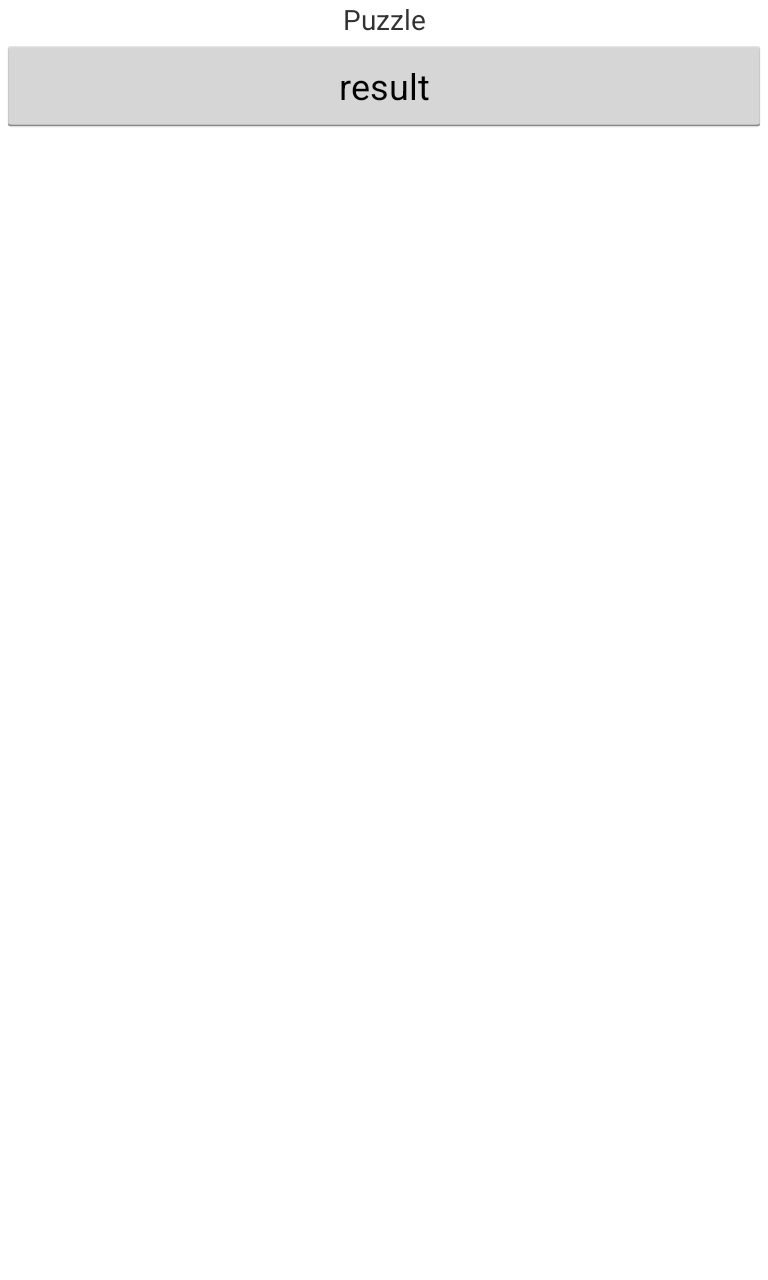
Repository: founderzhl/MarsAndroid
Layout: S01_E12_HW/res/layout/activity_main.xml
An editor plug-in stored every save of this project. The layout is shown before and after the next save, followed by the edit.
It is drawn on a 768 x 1280 px phone screen (xhdpi) without system bars, with theme AppTheme; the app's code is not run.

Above is the layout before, as saved 2015-01-21 15:43:51.

After the next save:
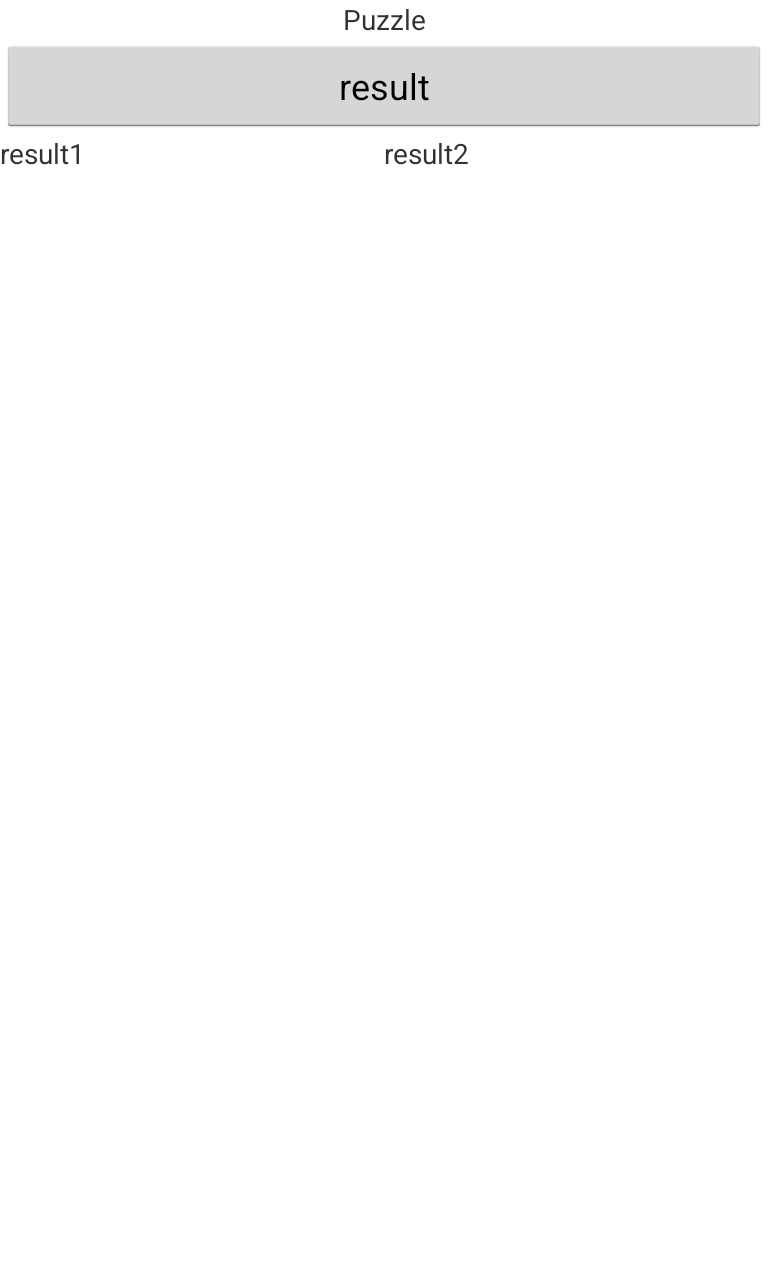
Saved 49 s later.
--- a/S01_E12_HW/res/layout/activity_main.xml
+++ b/S01_E12_HW/res/layout/activity_main.xml
@@ -24,12 +24,14 @@
        	<TextView
        	android:layout_width="0dp"
         android:layout_height="wrap_content"
+        android:layout_weight="1"
         android:text="result1" />
 
        	<TextView
        	android:layout_width="0dp"
         android:layout_height="wrap_content"
-        android:text="result1"/>
+        android:layout_weight="1"
+        android:text="result2"/>
 
 	</LinearLayout>
 
